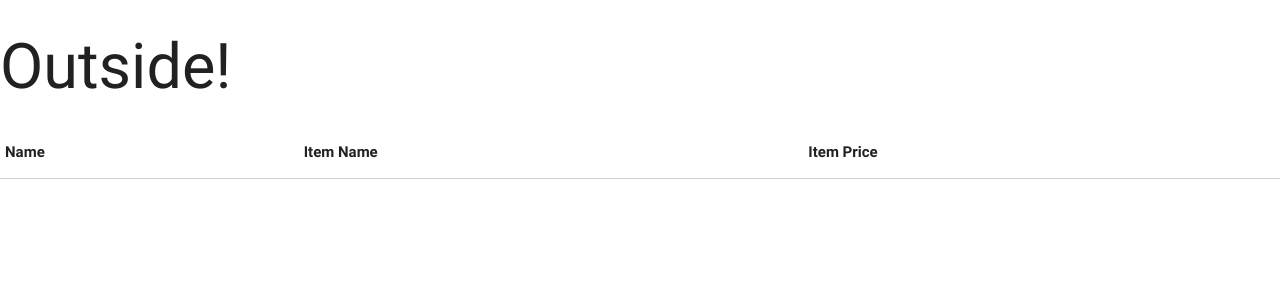
Repository: kalkiboru111/irish-dictionary-of-received-ideas
Page: http://localhost/get_terms
The author's editor kept a record of every edit. The page is drawn from the files as they stood at one moment, then again after the next edit.
The browser window is 1280 px wide. The pictures show the whole page.
Some web libraries are served in a nearby version. The page is served by the project's application, run on Flask 3 (app.py). Queries for data that is not in the repository find no rows.

Above is the page before.
Console error: TypeError: $(...).sidenav is not a function

### templates/terms.html

{% extends 'base.html' %}
{% block content %}
    <table>
        <thead>
          <tr>
              <th>Name</th>
              <th>Item Name</th>
              <th>Item Price</th>
          </tr>
        </thead>
        <tbody>
        {% for term in terms %}
          <tr>
            <td>{{term.term_name}}</td>
            <td>{{term.term_category}}</td>
            <td>{{term.term_definition}}</td>
            <td>{{term.term_origin}}</td>
          </tr>
         {% endfor %}
        </tbody>
    </table>
{% endblock %}

### templates/base.html
<!DOCTYPE html>
<html>

<head>
    <link href="https://fonts.googleapis.com/icon?family=Material+Icons" rel="stylesheet">
    <link rel="stylesheet" href="https://cdnjs.cloudflare.com/ajax/libs/materialize/0.100.2/css/materialize.min.css">
</head>

<body>
    <h1>Outside!</h1>
    {% block content %}
    {% endblock %}
    <script src="https://cdnjs.cloudflare.com/ajax/libs/jquery/3.2.1/jquery.min.js"></script>
    <script src="https://cdnjs.cloudflare.com/ajax/libs/materialize/0.100.2/js/materialize.min.js"></script>
    <script type="text/javascript">
        $(document).ready(function() {
            $('.sidenav').sidenav();
        });
    </script>

</body>

</html>

### app.py
import os
from flask import Flask, render_template, redirect, request, url_for
from flask_pymongo import PyMongo
from bson.objectid import ObjectId

app = Flask(__name__)

app.config['MONGO_DBNAME'] = 'irish_dictionary'
app.config["MONGO_URI"] = os.getenv("MONGO_URI")

mongo = PyMongo(app)

@app.route('/')

# View directs user to terms page
@app.route('/get_terms')
def get_terms():
    return render_template("terms.html", terms=mongo.db.terms.find())


if __name__ == '__main__':
    app.run(host=os.environ.get('IP'),
            port=int(os.environ.get('PORT')),
            debug=True)

After the next edit:
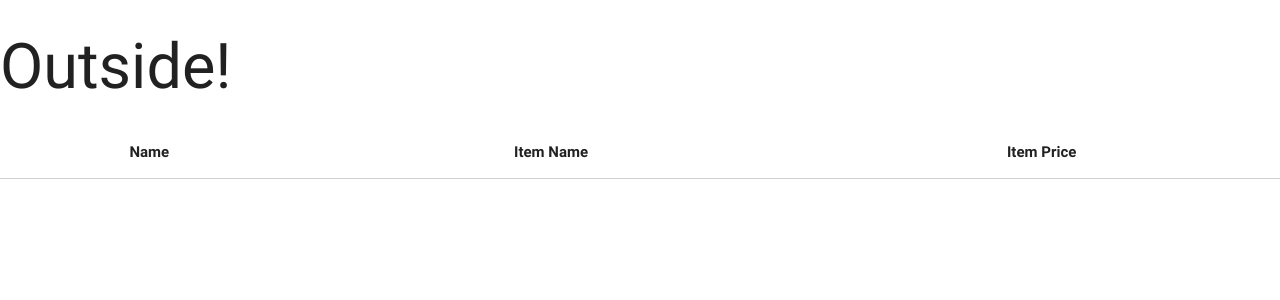
The edit:
--- a/templates/terms.html
+++ b/templates/terms.html
@@ -1,7 +1,7 @@
 
 {% extends 'base.html' %}
 {% block content %}
-    <table>
+    <table class="highlight centered responsive-table">
         <thead>
           <tr>
               <th>Name</th>
